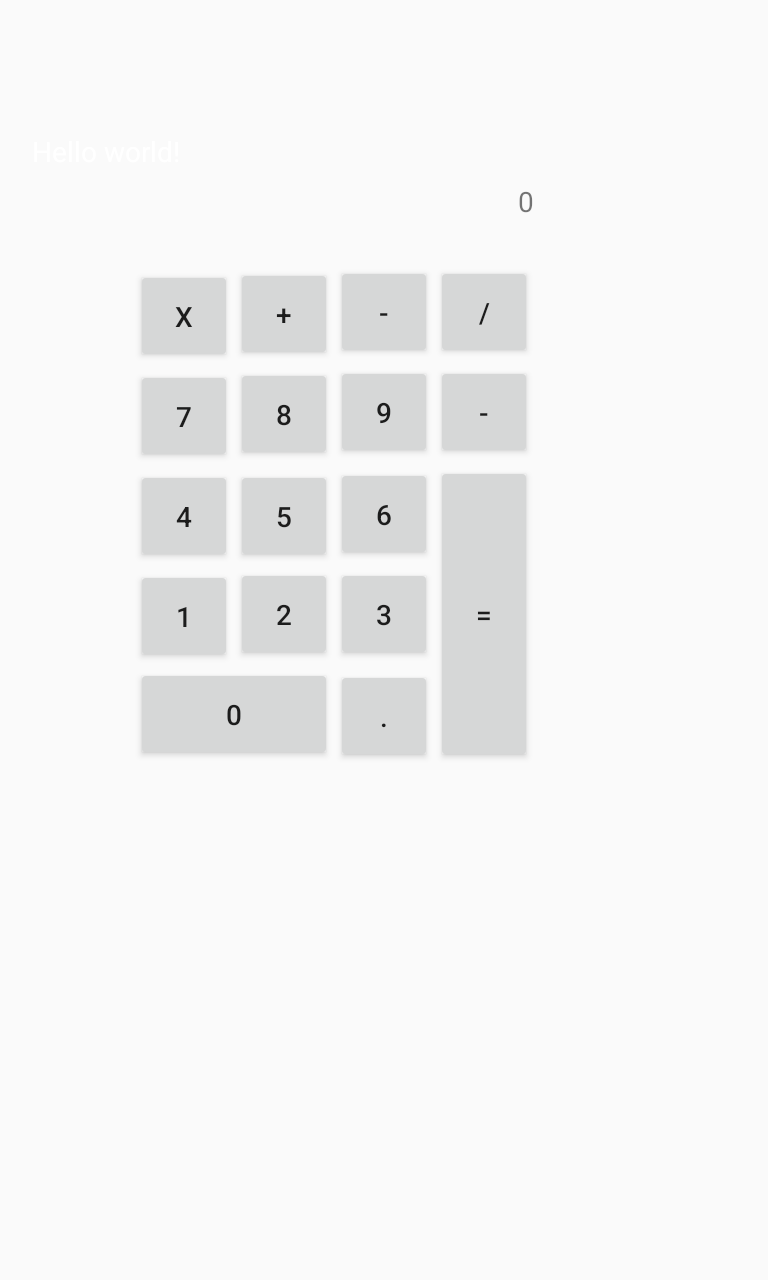
Repository: expensivecow/Calculator
Layout: Calculator_Implementation/res/layout/activity_main.xml
These files come from the project's save history. The layout is drawn as it stood at one moment and after the next save; the edit follows.
It is drawn on a 768 x 1280 px phone screen (xhdpi) without system bars, with theme AppTheme; the app's code is not run.

Above is the layout before, as saved 2014-09-21 01:42:55.

After the next save:
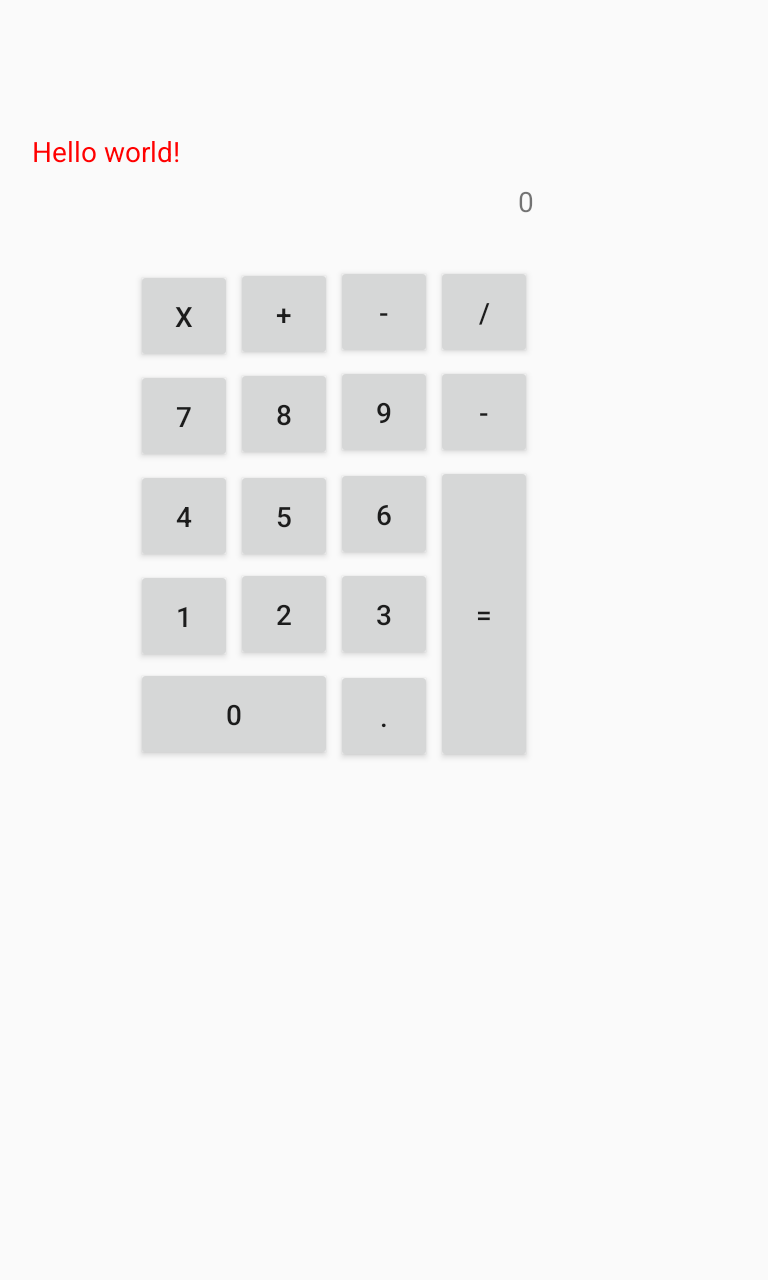
Saved 18 s later.
--- a/Calculator_Implementation/res/layout/activity_main.xml
+++ b/Calculator_Implementation/res/layout/activity_main.xml
@@ -22,7 +22,7 @@
         android:layout_marginTop="50dp"
         android:layout_width="wrap_content"
         android:layout_height="wrap_content"
-        android:textColor="#FFFFFF"
+        android:textColor="#FF0000"
         android:text="@string/hello_world" />
 
     <Button
